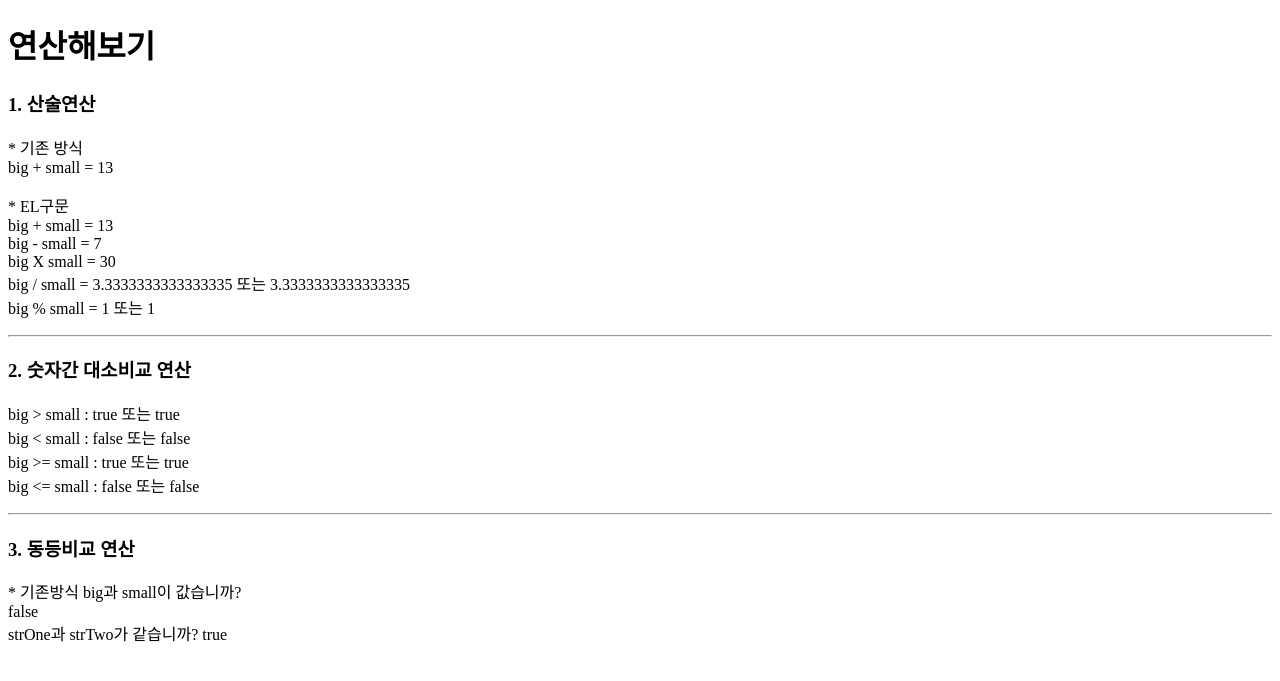
Repository: judeyong/myWebWorkSpace2
Page: http://localhost/Action_Project/operation.do
These files come from the project's save history. The page is drawn as it stood at one moment and after the next save; the edit follows.
The browser window is 1280 px wide. The pictures show the whole page.
The page is served by Tomcat 9.

Above is the page before, as saved 2024-04-03 02:25:51.

After the next save:
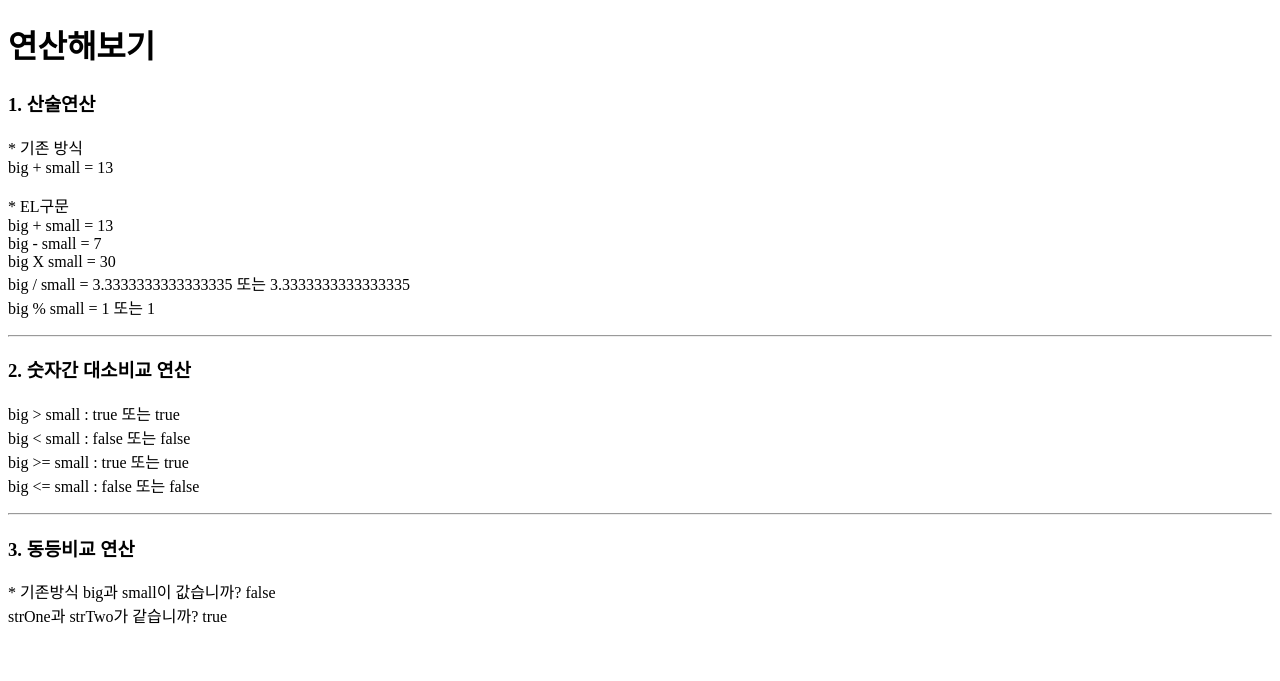
Saved 6 s later.
--- a/Action_Project/WebContent/views/02_elOperation.jsp
+++ b/Action_Project/WebContent/views/02_elOperation.jsp
@@ -42,7 +42,7 @@
 
 	<p>
 		* 기존방식
-		big과 small이 값습니까?<br>
+		big과 small이 값습니까?
 		<%= (int)request.getAttribute("big") == (int)request.getAttribute("small") %> <br>
 		strOne과 strTwo가 같습니까?
 		<%= ((String)request.getAttribute("strOne")).equals((String)request.getAttribute("strTwo")) %> <br>
